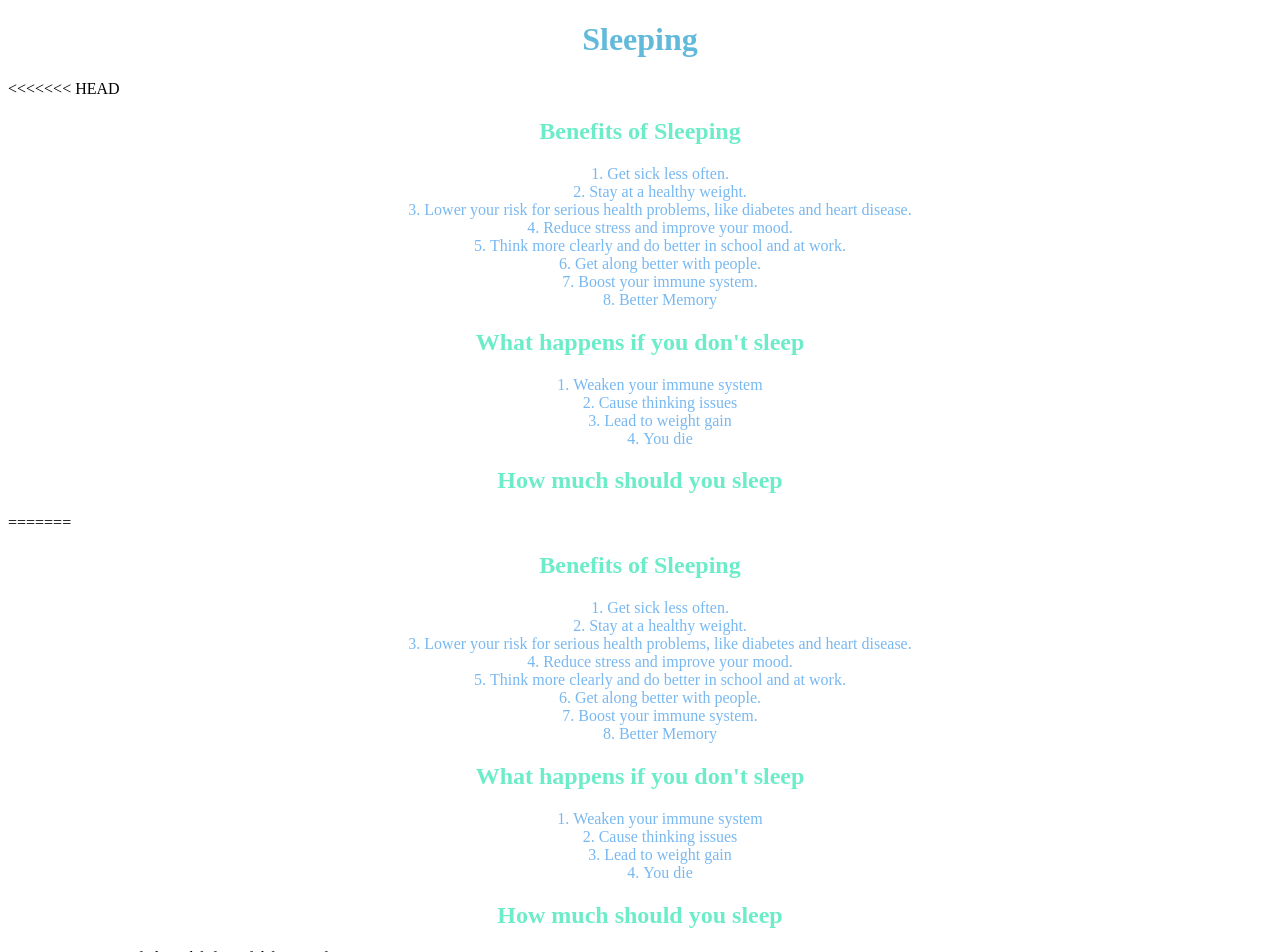
Repository: Darrenyyds/class1
Page: Myhobbies.html
The author's editor kept a copy of each file at every save. The page is drawn from the files as they stood at one save, then again after the next save.
The browser window is 1280 px wide. The pictures show the part of the page from y = 0 to 952 px (the page is 2449 px tall before and 2326 px after).
Pictures or frames that could not be fetched are drawn as grey boxes.

Above is the page before, as saved 2023-02-04 17:58:36.

### Myhobbies.html
<!DOCTYPE html>
<html lang="en">
  <head>
    <title>My Hobbies</title>
    <meta charset="UTF-8" />
    <meta name="viewport" content="width=device-width, initial-scale=1" />
    <link href="Myhobbies.css" rel="stylesheet" />
  </head>
  <body>
    <h1>Sleeping</h1>
<<<<<<< HEAD
    <div class="lists">
      <div class="benefits">
        <h2>Benefits of Sleeping</h2>
        <ol>
          <li>Get sick less often.</li>
          <li>Stay at a healthy weight.</li>
          <li>
            Lower your risk for serious health problems, like diabetes and heart
            disease.
          </li>
          <li>Reduce stress and improve your mood.</li>
          <li>Think more clearly and do better in school and at work.</li>
          <li>Get along better with people.</li>
          <li>Boost your immune system.</li>
          <li>Better Memory</li>
        </ol>
      </div>
      <div class="bad-effect">
        <h2>What happens if you don't sleep</h2>
        <ol>
          <li>Weaken your immune system</li>
          <li>Cause thinking issues</li>
          <li>Lead to weight gain</li>
          <li>You die</li>
        </ol>
      </div>
    </div>
    <h2>How much should you sleep</h2>

=======
    <h2>Benefits of Sleeping</h2>
    <ol>
      <li>Get sick less often.</li>
      <li>Stay at a healthy weight.</li>
      <li>
        Lower your risk for serious health problems, like diabetes and heart
        disease.
      </li>
      <li>Reduce stress and improve your mood.</li>
      <li>Think more clearly and do better in school and at work.</li>
      <li>Get along better with people.</li>
      <li>Boost your immune system.</li>
      <li>Better Memory</li>
    </ol>
    <h2>What happens if you don't sleep</h2>
    <ol>
      <li>Weaken your immune system</li>
      <li>Cause thinking issues</li>
      <li>Lead to weight gain</li>
      <li>You die</li>
    </ol>
    <h2>How much should you sleep</h2>
>>>>>>> c61307c0f3d695abf9f0e17f8bf341314f3c5830
    <div class="graph-container">
      <img
        class="graph"
        src="https://www.sleepdr.com/wp-content/uploads/2016/11/Sleep-Duration-Guidelines.png"
        alt="Get a better device"
      />
      <div class="graph-shadow"></div>
    </div>
    <p>
      The graph is self-explanatory, if you still can't understand it, please
      contact a mental doctor
    </p>
<<<<<<< HEAD

    <h2>Someone who doesn't sleep</h2>
    <div class="vid">
      <iframe
        width="560"
        height="315"
        src="https://www.youtube.com/embed/QO7VsBfbTsg"
        title="YouTube video player"
        frameborder="0"
        allow="accelerometer; autoplay; clipboard-write; encrypted-media; gyroscope; picture-in-picture; web-share"
        allowfullscreen
      ></iframe>
    </div>

    <form>
      <div class="sleep-container">
        <p>Do you sleep?</p>
        <div class="yes-no">
          <input type="radio" name="yes-no" /><text>Yes</text>
        </div>
        <div class="yes-no">
          <input type="radio" name="yes-no" /><text>No</text>
        </div>
      </div>
      <div class="sleep-time">
        <p>How long do you usually sleep for?</p>
        <div><input type="radio" name="sleep-time" /><text>x&#60;4</text></div>
        <div>
          <input type="radio" name="sleep-time" /><text>4&#62;x&#60;6</text>
        </div>
        <div>
          <input type="radio" name="sleep-time" /><text>6&#62;x&#60;8</text>
        </div>
        <div>
          <input type="radio" name="sleep-time" /><text>8&#62;x&#60;12</text>
        </div>
        <div><input type="radio" name="sleep-time" /><text>12&#62;x</text></div>
      </div>

      <p>Please give me your email if you want more sleep</p>
      <div class="email-button">
        <div class="email">
          <input type="text" placeholder="enter your email" />
        </div>
        <div class="Buy"><button type="button">Buy for My Service</button></div>
      </div>
      <br /><br />
      <div class="submit"><button type="submit">SUBMIT</button></div>
    </form>
=======
>>>>>>> c61307c0f3d695abf9f0e17f8bf341314f3c5830
  </body>
</html>

### Myhobbies.css
Body {
<<<<<<< HEAD
  background-color: rgb(13, 143, 80);
=======
  background-color: rgb(51, 105, 79);
>>>>>>> c61307c0f3d695abf9f0e17f8bf341314f3c5830
}
.graph-container {
  width: 80%;
  height: 600px;
  display: flex;
  justify-content: flex-end;
  position: relative;
}
.graph {
  background-image: url(https://www.sleepdr.com/wp-content/uploads/2016/11/Sleep-Duration-Guidelines.png);
  height: 600px;
  width: 68%;
  position: absolute;
  z-index: 1;
  background-repeat: no-repeat;
  background-size: contain;
}
.graph-shadow {
  position: relative;
  z-index: 2;
  width: 68%;
  background-color: rgba(204, 228, 160, 0.3);
}

h1 {
  color: rgb(98, 186, 218);
  text-align: center;
}
p {
  color: rgb(120, 184, 241);
  text-align: center;
}

ol {
  color: rgb(120, 184, 241);
  text-align: center;
  list-style-position: inside;
}

h2 {
  color: rgb(108, 236, 200);
  text-align: center;
}
<<<<<<< HEAD

.lists {
  display: flex;
  justify-content: space-evenly;
}

.vid {
  display: flex;
  justify-content: center;
}

.sleep-container {
  position: relative;
  display: flex;
  flex-direction: column;
  align-items: center;
  justify-content: start;
}
.sleep-container radio {
  display: flex;
  justify-content: center;
  align-items: flex-start;
}
.yes-no {
  position: relative;
  left: -40px;
}

.yes-no text {
  color: rgb(95, 186, 228);
}

.sleep-time {
  display: flex;
  flex-direction: column;
  justify-content: flex-start;
  align-items: center;
}
.sleep-time text {
  color: rgb(95, 186, 228);
}

.email {
  display: flex;
  flex-direction: column;
  justify-content: flex-start;
  align-items: center;
}

.Buy button {
  background-color: rgb(17, 142, 219);
  border-radius: 10px;
  color: rgb(108, 236, 200);
  font-size: 15px;
  width: 150px;
  height: 30px;
}
.email-button {
  display: flex;
  justify-content: center;
}

.submit {
  display: flex;
  justify-content: center;
}
.submit button {
  background-color: rgb(17, 142, 219);
  width: 120px;
  height: 50px;
  border-radius: 10px;
  color: rgb(108, 236, 200);
  font-size: 15px;
}
=======
>>>>>>> c61307c0f3d695abf9f0e17f8bf341314f3c5830

After the next save:
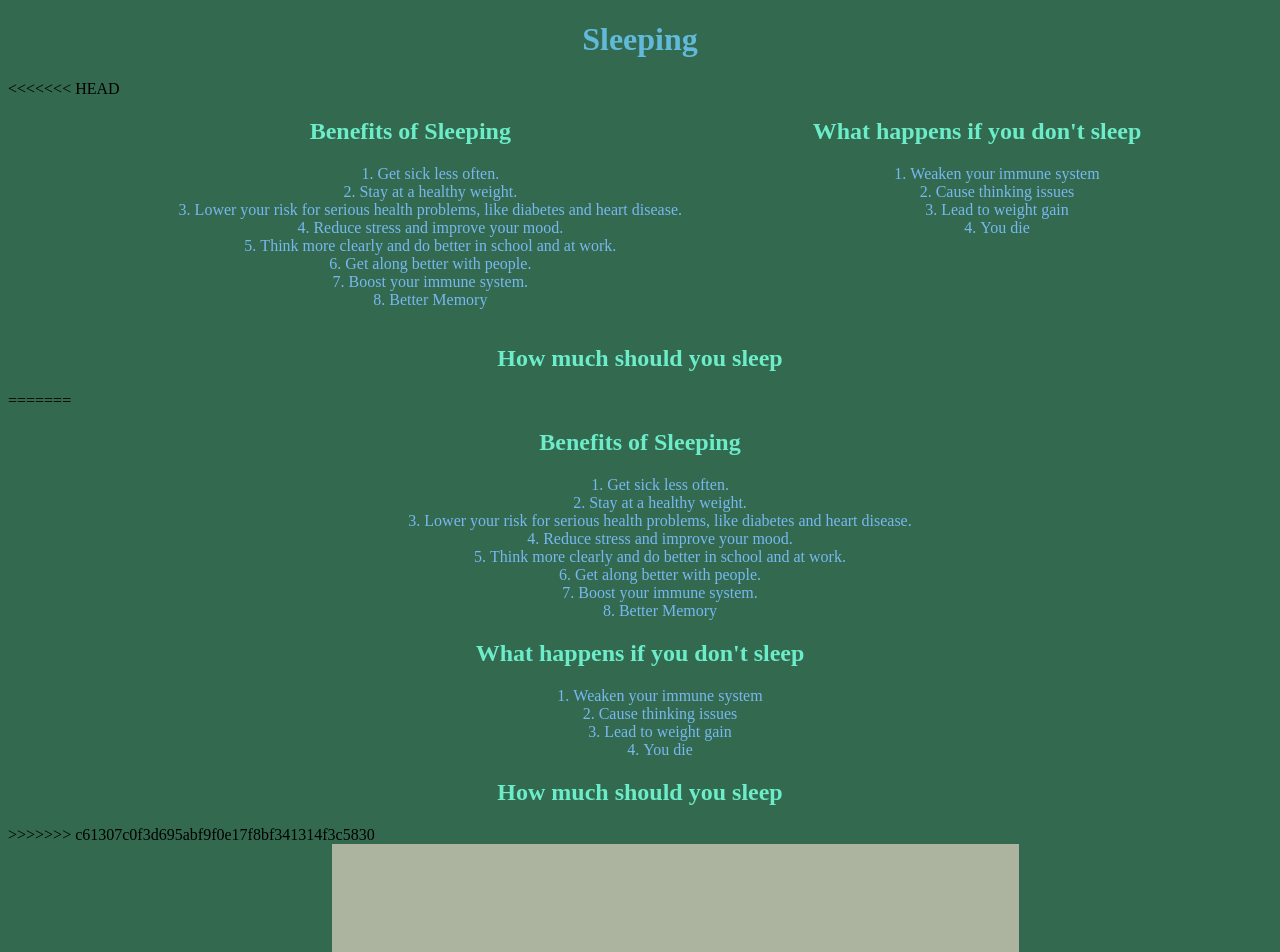
Saved 15 s later.
--- a/Myhobbies.css
+++ b/Myhobbies.css
@@ -1,9 +1,5 @@
 Body {
-<<<<<<< HEAD
-  background-color: rgb(13, 143, 80);
-=======
   background-color: rgb(51, 105, 79);
->>>>>>> c61307c0f3d695abf9f0e17f8bf341314f3c5830
 }
 .graph-container {
   width: 80%;
@@ -47,7 +43,6 @@ h2 {
   color: rgb(108, 236, 200);
   text-align: center;
 }
-<<<<<<< HEAD
 
 .lists {
   display: flex;
@@ -122,5 +117,3 @@ h2 {
   color: rgb(108, 236, 200);
   font-size: 15px;
 }
-=======
->>>>>>> c61307c0f3d695abf9f0e17f8bf341314f3c5830
